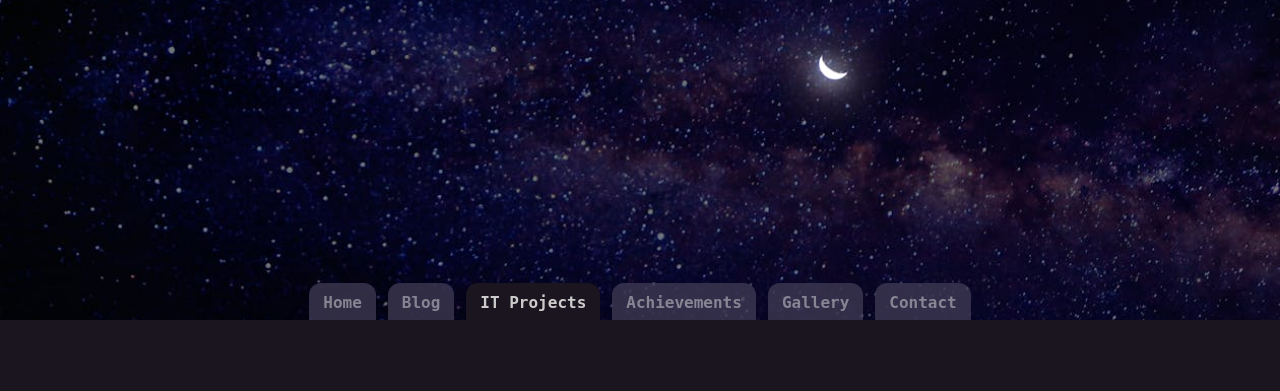
Repository: JMauve2233248/JiajyStudio
Page: Achievement.html
The author's editor kept a copy of each file at every save. The page is drawn from the files as they stood at one save, then again after the next save.
The browser window is 1280 px wide. The pictures show the whole page.

Above is the page before, as saved 2026-03-04 21:11:46.

### Achievement.html
<!DOCTYPE html>
<html lang="en">
    <head>
        <meta charset="UTF-8" />
        <meta name="viewport" content="width=device-width, initial-scale=1.0" />
        <title>IT Portfolio</title>
        <link rel="stylesheet" href="styles.css" />
    </head>
    <body>
        <!--Header image-->
        <div class="header-image">
            <img src="images/header.png" alt="Header Image"/>
        </div>

        <nav class="tabs">
            <a class="tab" href="Home.html">Home</a>
            <a class="tab" href="Blog.html">Blog</a>
            <a class="tab active" href="ITprojects.html">IT Projects</a>
            <a class="tab" href="Achievement.html">Achievements</a>
            <a class="tab" href="Gallery.html">Gallery</a>
            <a class="tab" href="Contact.html">Contact</a>
        </nav>
    </body>
</html>

### styles.css
:root {
    /* Define color variables */
    /* Dark Mode*/
    --background-color: #1a151f; /*Dark Purple*/
    --purple-color: #3F3381; /*Purple*/
    --purple-glow-color: #dfdae7; /*Lighter Purple for Glow Effect*/
    --yellow-color: #FFD700; /*Yellow*/
}

body {
    font-family: 'Monospace', 'Lucida Sans', 'Lucida Sans Regular', 'Lucida Grande', 'Lucida Sans Unicode', Geneva, Verdana, sans-serif;
    background-color: var(--background-color);
    color: white;
    margin: 0;
}

footer {
    font-size: 0.5em;
    text-align: center;
    color: white;
}

/*Navigation Bar*/
.tabs {
    display: flex;
    gap: 12px;
    align-items: flex-end;
    padding: 0 16px;
    border-radius: 2px;
    background: none;
    position: relative;
    margin-top: -39px;
    justify-content: center;
    z-index: 10;
}

.tab {
    position: relative;
    padding: 10px 14px 8px;
    color: rgba(255, 255, 255, 0.416);
    text-decoration: none;
    font-weight: 600;
    background: rgba(64, 59, 84, 0.75);
    border-bottom: none;
    border-top-left-radius: 12px;
    border-top-right-radius: 12px;
    transform: translateY(2px);
}

.tab::before {
    content: "";
    position: absolute;
    top: -10px;
    left: 10px;
    width: 22px;
    height: 12px;
    border-bottom: none;
    border-top-left-radius: 10px;
    border-top-right-radius: 10px;
}

.tab:hover {
    color: var(--yellow-color);
}

.tab.active {
    background-color: var(--background-color);
    color: #ccc;
}

.tab.active:hover {
    color: var(--yellow-color);
}

/*ITprojects.html*/
.header-image {
    position: relative;
    width: 100%;
    height: 20rem;
    overflow: hidden;
}

.header-image img {
    width: 100%;
    height: 100%;
    object-fit: cover;
    object-position: center;
    display: block;
}

.IT_header {
    text-align: center;
}

.logo {
    width: auto;
    height: 200px;
    border-radius: 50%;
}

.about-me {
    margin: 20px;
    padding: 20px;
    background-color: #f0f0f0;
    color: black;
    border-radius: 10px;
}

.about-me h1 {
    margin-top: 0;
    background-color: var(--background-color);
    color: white;
    width: fit-content;
    padding: 5px 10px;
    border-radius: 15px;
}

.skills {
    margin: 20px;
    padding: 20px;
}

.skills-list {
    list-style-type: none;
    padding: 0;
}

.skills-list li::before {
    content: "✦ ";
    color: var(--yellow-color);
}

.ITprojects {
    display: flex;
    flex-direction: column;
    margin:0;
    padding: 20px;
    background-color: #f0f0f0;
    color: black;
}

.ITprojects h1 {
    margin-top: 0;
    background-color: var(--background-color);
    color: white;
    width: fit-content;
    padding: 15px 15px;
    border-radius: 10px;
}

.project {
    display: flex;
    align-items: center;
    gap: 40px;
    margin: 20px 0;
    padding: 20px;
    border-radius: 10px;
}

.project:hover{
    background-color: var(--purple-glow-color);
}

.project-image {
    width: 300px;
    height: 200px;
    background-color: #ccc;
}

.project-text {
    flex: 1;
}

.view-project {
    display: inline-block;
    margin-top: 10px;
    padding: 10px 20px;
    background-color: var(--purple-color);
    color: white;
    text-decoration: none;
    border-radius: 5px;
}

.project_reverse {
    display: flex;
    gap: 40px;
    padding: 20px;
    border-radius: 10px;
    flex-direction: row-reverse;
    text-align: right;
}

.project_reverse:hover{
    background-color: var(--purple-glow-color);
}

.contact {
    margin: 20px;
    padding: 20px;
    border-radius: 10px;
}

After the next save:
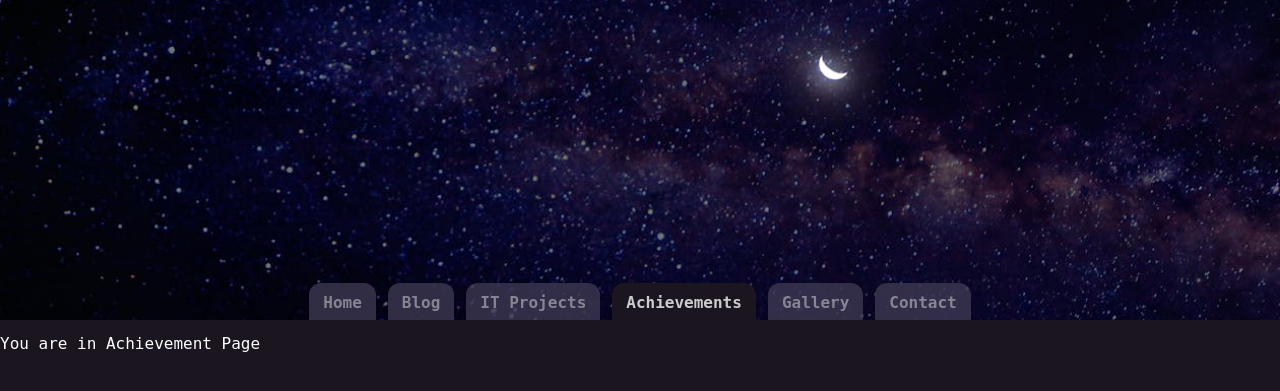
Saved 16 s later.
--- a/Achievement.html
+++ b/Achievement.html
@@ -15,10 +15,12 @@
         <nav class="tabs">
             <a class="tab" href="Home.html">Home</a>
             <a class="tab" href="Blog.html">Blog</a>
-            <a class="tab active" href="ITprojects.html">IT Projects</a>
-            <a class="tab" href="Achievement.html">Achievements</a>
+            <a class="tab" href="ITprojects.html">IT Projects</a>
+            <a class="tab active" href="Achievement.html">Achievements</a>
             <a class="tab" href="Gallery.html">Gallery</a>
             <a class="tab" href="Contact.html">Contact</a>
         </nav>
+
+        <p>You are in Achievement Page</p>
     </body>
 </html>
